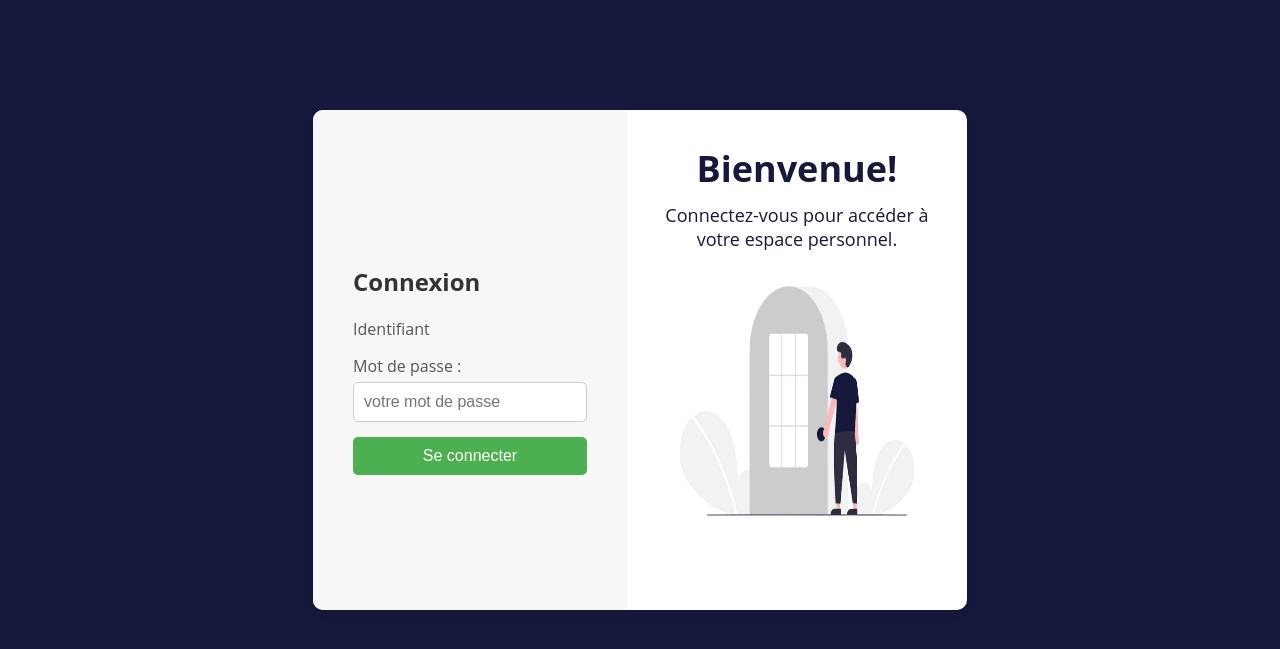
Repository: ndiawar/ProjetGab
Page: home.html
These files come from the project's save history. The page is drawn as it stood at one moment and after the next save; the edit follows.
The browser window is 1280 px wide. The pictures show the whole page.

Above is the page before, as saved 2024-08-07 14:00:16.

### home.html
<!DOCTYPE html>
<html lang="fr">
<head>
    <meta charset="UTF-8">
    <meta name="viewport" content="width=device-width, initial-scale=1.0">
    <link rel="stylesheet" href="style.css">
    <title>Page de Connexion</title>
</head>
<body>
    <div class="login-container">
        <!-- Section de formulaire -->
        <div class="login-form">
            <h2>Connexion</h2>
            <form>
                <div class="form-group">
                    <label for="identifiant">Identifiant</label>
                    <input type="hidden" id="identifiant" name="identifiant" placeholder="Votre identifiant" required>
                </div>
                <div class="form-group">
                    <label for="password">Mot de passe :</label>
                    <input type="password" id="password" name="password" placeholder="votre mot de passe" required>
                </div>
                <button type="submit">Se connecter</button>
            </form>
        </div>

        <!-- Section de bienvenue -->
        <div class="welcome-section">
            <div class="welcome-content">
                <h1>Bienvenue!</h1>
                <p>Connectez-vous pour accéder à votre espace personnel.</p>
                <img src="./image/accueil.png" alt="Logo" class="logo">
            </div>
        </div>
    </div>
</body>
</html>

### style.css
:root {
    /* Définition des couleurs de base */
    --blue-sky-1: #16193B; /* Bleu nuit */
    --blue-sky-2: #35478C; /* Bleu foncé */
    --blue-sky-3: #4E7AC7; /* Bleu vif */
    --blue-sky-4: #7FB2F0; /* Bleu clair */
    --blue-sky-5: #ADD5F7; /* Bleu très clair */
    --Noir-6: #000000; /* Noir */
    --Blanc-7: #ffffff; /* Blanc */

    /* Utilisation des couleurs pour différents éléments */
    --color-title: var(--blue-sky-1); /* Couleur pour les titres */
    --color-subtitle: var(--blue-sky-3); /* Couleur pour les sous-titres */
    --color-paragraph: var(--blue-sky-2); /* Couleur pour les paragraphes */
    --color-border: var(--blue-sky-4); /* Couleur pour les bordures */
    --color-backgroundFoncé: var(--blue-sky-1); /* Couleur de fond foncée */
    --color-background: var(--blue-sky-5); /* Couleur de fond général */
    --color-text: var(--Noir-6); /* Couleur pour le texte de fond */
    --color-white: var(--Blanc-7); /* Couleur blanche pour le texte de fond d'une balise */

    /* Polices */
    --font-title: 'Montserrat', sans-serif;
    --font-text: 'Open Sans', sans-serif;
    --font-subtitle: 'Roboto', sans-serif;

    /* Taille de police standard et poids */
    --font-size-normal: 16px; /* Taille de police standard pour le texte */
    --font-size-title: 28px; /* Taille de police pour les grands titres */
    --font-size-subtitle: 20px; /* Taille de police pour les sous-titres */
    --font-weight-normal: 400; /* Poids normal de la police */
    --font-weight-bold: 700; /* Poids en gras */
    /* Pour le profil la taille du nom et du sous-titre */
    --font-size-titleProfil: 45px;
    --font-size-subtitleProfil: 30px;
}


/*Initialisation de notre body pour supprimer les marges et choix du type de police pour notre site*/


/*Initialisation de notre body pour supprimer les marges et choix du type de police pour notre site*/
* {
  box-sizing: border-box;
}

/* Style global pour le corps de la page */
body, html {
    margin: 0;
    padding: 0;
    color: var(--color-text);
    font-family: var(--font-text);
    font-size: var(--font-size-normal);
    font-weight: var(--font-weight-normal);
    overflow-x: hidden;
    height: 100%;
    display: flex;
    align-items: center;
    justify-content: center;
    background-color: var(--color-backgroundFoncé);/**/
}

/* Conteneur principal qui tient la page de connexion */
.login-container {
    display: flex;
    width: 80%;
    max-width: 900px;
    height: 500px;
    background-color: #fff;
    box-shadow: 0 4px 8px rgba(0, 0, 0, 0.1);
    border-radius: 10px;
    overflow: hidden;
}

/* Style pour la section du formulaire de connexion */
.login-form {
    flex: 1;
    padding: 40px;
    background-color: #f7f7f7;
    display: flex;
    flex-direction: column;
    justify-content: center;
}

/* Style pour les titres et formulaires dans la section de connexion */
.login-form h2 {
    margin-bottom: 20px;
    color: #333;
}

.form-group {
    margin-bottom: 15px;
}

.form-group label {
    display: block;
    margin-bottom: 5px;
    color: #555;
}

.form-group input {
    width: 100%;
    padding: 10px;
    border: 1px solid #ccc;
    border-radius: 5px;
    font-size: 16px;
    box-sizing: border-box;
}

button {
    width: 100%;
    padding: 10px;
    background-color: #4CAF50;
    color: white;
    border: none;
    border-radius: 5px;
    font-size: 16px;
    cursor: pointer;
    transition: background-color 0.3s ease;
}

button:hover {
    background-color: #45a049;
}

/* Style pour la section de bienvenue avec le logo */
.welcome-section {
    flex: 1;
    display: flex;
    align-items: center;
    justify-content: center;
    color: var(--color-backgroundFoncé);
}

.welcome-content {
    text-align: center;
    padding: 20px;
}

.logo {
    width: 300px;
    height: 300px;
    margin-bottom: 20px;
}

.welcome-section h1 {
    margin: 0 0 10px;
    font-size: 36px;
}

.welcome-section p {
    font-size: 18px;
    margin: 0;
}

After the next save:
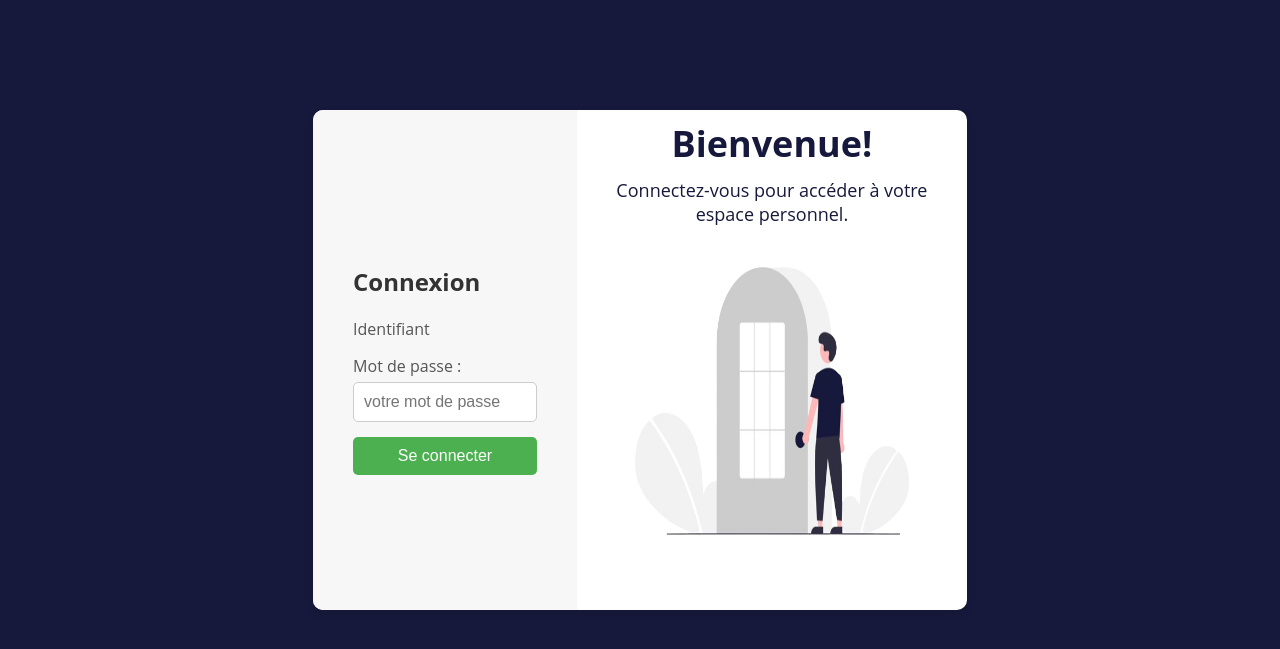
Saved 28 s later.
--- a/style.css
+++ b/style.css
@@ -137,8 +137,8 @@ button:hover {
 }
 
 .logo {
-    width: 300px;
-    height: 300px;
+    width: 350px;
+    height: 350px;
     margin-bottom: 20px;
 }
 
